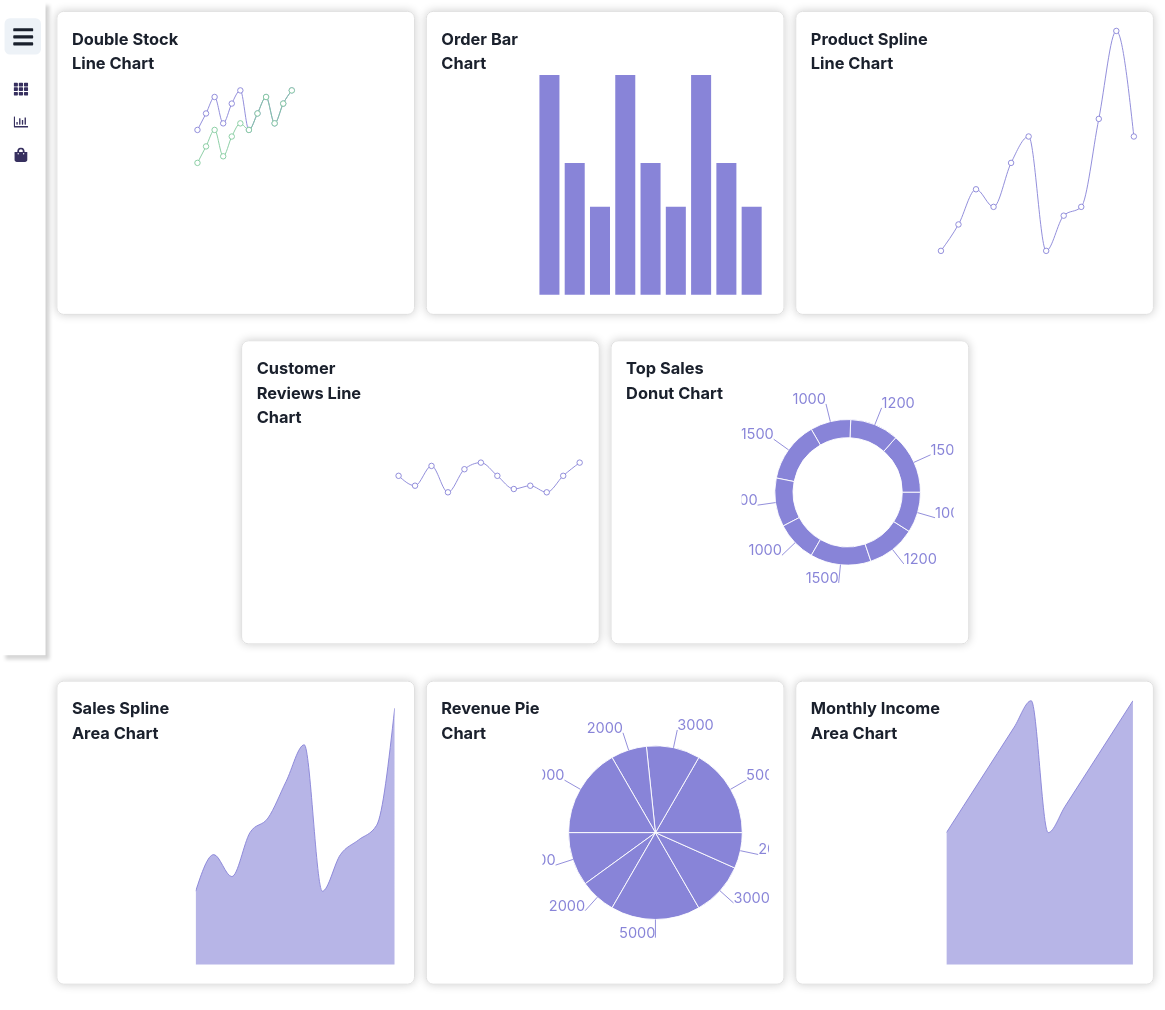
Repository: Andarg01/chakra-dashboard
Page: /analytics
The author's editor kept a copy of each file at every save. The page is drawn from the files as they stood at one save, then again after the next save.
The browser window is 1280 px wide. The pictures show the whole page, at 91% of full size.
The project was rebuilt for these pictures with package versions that can differ from the ones it lists, and the page was loaded fresh each time. Also part of the build but not shown: src/components/ProductModal.tsx, src/components/ProductTable.tsx, src/pages/ProductList.tsx, src/components/Dashboard.tsx.

Above is the page before, as saved 2024-03-09 23:29:36.

### src/index.tsx
import React from 'react';
import ReactDOM from 'react-dom/client';
import './index.css';
import App from './App';

import { ChakraProvider } from '@chakra-ui/react';


const root = ReactDOM.createRoot(
  document.getElementById('root') as HTMLElement
);
root.render(

  <React.StrictMode>
  <ChakraProvider>
    <App />
    </ChakraProvider>
  </React.StrictMode>

);

### src/App.tsx
import React from 'react'
import ProductList from './pages/ProductList'
import Dashboard from './components/Dashboard'
import Sidebar from './components/Sidebar';
import Analytics from './pages/Analytics';
import { BrowserRouter, Route, Routes } from 'react-router-dom';
const App = () => {
  return (
    <div>
    <BrowserRouter>
    <Sidebar>
      <Routes>
      <Route path="/" element={<Dashboard />}/>
      <Route path="/dashboard" element={<Dashboard />}/>
      <Route path="/analytics" element={<Analytics  />} />
      <Route path="/product" element={<ProductList />}/>

      </Routes>
    </Sidebar>
  </BrowserRouter>
    </div>
  )
}

export default App





















// import React from 'react';
// import { BrowserRouter, Route, Routes } from 'react-router-dom';
// import Sidebar from './components/Sidebar';

// import Dashboard from './pages/Dashboard'

// import Analytics from './pages/AnalyticsPage'

// import ProductList from './ProductList';
// import './App.css';


// // import { ChakraProvider } from '@chakra-ui/react';

// type SaleData = {
//   date: string;
//   amount: number;
// };

// type RevenueData = {
//   month: string;
//   revenue: number;
// };

// const App: React.FC = () => {
//   const saleData: SaleData[] = [
//     { date: '2022-01-01', amount: 100 },
//     { date: '2022-01-02', amount: 150 },
//     { date: '2022-01-03', amount: 200 },
//     { date: '2022-01-04', amount: 120 },
//     { date: '2022-01-05', amount: 180 },
//     { date: '2022-01-06', amount: 90 },
//     { date: '2022-01-07', amount: 110 },
//     { date: '2022-01-08', amount: 130 },
//     { date: '2022-01-09', amount: 170 },
//     { date: '2022-01-10', amount: 160 },
//   ];

//   const revenueData: RevenueData[] = [
//     { month: 'January', revenue: 500 },
//     { month: 'February', revenue: 700 },
//     { month: 'March', revenue: 600 },
//     { month: 'April', revenue: 800 },
//     { month: 'May', revenue: 900 },
//     { month: 'June', revenue: 750 },
//     { month: 'July', revenue: 850 },
//     { month: 'August', revenue: 950 },
//     { month: 'September', revenue: 700 },
//     { month: 'October', revenue: 850 },
//   ];

//   return (
//     // <ChakraProvider>
//       <div>
//         <BrowserRouter>
//           <Sidebar>
//             <Routes>
//               <Route path="/" element={<Dashboard saleData={saleData} revenueData={revenueData} />} />
//               <Route path="/dashboard" element={<Dashboard saleData={saleData} revenueData={revenueData} />} />

//               <Route path="/analytics" element={<Analytics />} />
//               <Route path="/product" element={<ProductList />} />

//             </Routes>
//           </Sidebar>
//         </BrowserRouter>
//       </div>
//     {/* </ChakraProvider> */}
//   );
// };

// export default App;

### src/components/Sidebar.tsx




import React, { useState } from 'react';
import {
  FaTh,
  FaBars,
  FaShoppingBag,
  FaRegChartBar,
} from 'react-icons/fa';

import { NavLink } from 'react-router-dom';
import { Box, IconButton, Text, Flex } from '@chakra-ui/react';

interface MenuItem {
  path: string;
  name: string;
  icon: JSX.Element;
}

const Sidebar: React.FC<React.PropsWithChildren<{}>> = ({ children }) => {
  const [isOpen, setIsOpen] = useState(false);

  const toggle = () => setIsOpen(!isOpen);

  const menuItems: MenuItem[] = [
    {
      path: '/',
      name: 'Dashboard',
      icon: <FaTh />,
    },
    {
      path: '/analytics',
      name: 'Analytics',
      icon: <FaRegChartBar />,
  },
    {
      path: '/product',
      name: 'Product',
      icon: <FaShoppingBag />,
    },
  ];

  return (
    <Flex>
      <Box
        width={isOpen ? '200px' : '50px'}
        bg="#fff"
        boxShadow="5px 5px 4px rgb(212, 212, 212)"
        color="#000"
        height="100vh"
        transition="all 0.5s"
        overflowX="hidden"
      >
        <Flex
          className="top_section"
          direction="column"
          align="center"
          justify="center"
          p="20px 15px"
        >
          <Text fontSize={isOpen ? '30px' : '0'} className="logo">
            Logo
          </Text>
          <IconButton
            marginLeft={isOpen ? '50px' : '0px'}
            className="bars"
            fontSize="25px"
            aria-label="Toggle Sidebar"
            icon={<FaBars />}
            onClick={toggle}
          />
        </Flex>
        {menuItems.map((item, index) => (
          <NavLink to={item.path} key={index} className="link">
            <Flex
              p="10px 15px"
              color="#37305F"
              _hover={{ bgColor: '#37305F', color: '#fff', margin: '10px', borderRadius: '10px' }}
              _active={{ bgColor: '#37305F', color: '#fff', margin: '10px', borderRadius: '10px' }}
            >
              <Box className="icon" marginRight="3">
                {item.icon}
              </Box>
              <Text
                display={isOpen ? 'block' : 'none'}
                className="link_text text-sm"
                marginLeft="3"
              >
                {item.name}
              </Text>
            </Flex>
          </NavLink>
        ))}
      </Box>
      <Box flex="1">{children}</Box>
    </Flex>
  );
};

export default Sidebar;

### src/pages/Analytics.tsx

import React, { useState } from 'react';
import {
  Box,
  Flex,
  Text,
  ThemeProvider,
  extendTheme,
} from '@chakra-ui/react';
import {
  LineChart,
  Line,
  AreaChart,
  Area,
  BarChart,
  Bar,
  PieChart,
  Pie,
  Tooltip,
  ResponsiveContainer,
} from 'recharts';

// Extend Chakra UI theme for custom styles
const theme = extendTheme({
  shadows: {
    xl: '0 0 10px rgba(0, 0, 0, 0.2)',
  },
});

interface DataPoint {
  name: string;
  value: number;
}

interface ChartCardProps {
  title: string;
  chart: React.ReactNode;
}

const ChartCard: React.FC<ChartCardProps> = ({ title, chart }) => (
  // <Box
  //   boxShadow="xl"
  //   p={4}
  //   borderRadius="lg"
  //   border="1px solid #ddd"
  //   mb={4}
  //   width={['100%', 'calc(33.33% - 8px)']}
  //   display="inline-flex"
  // >
  //   <Text fontSize={['md', 'lg']} fontWeight="bold">
  //     {title}
  //   </Text>
  //   {chart}
  // </Box>
  <Box
    boxShadow="xl"
    p={4}
    borderRadius="lg"
    border="1px solid #ddd"
    mb={4}
    flexBasis={['100%', 'calc(33.33% - 8px)']}
    display="inline-flex"
  >
    <Text fontSize={['md', 'lg']} fontWeight="bold">
      {title}
    </Text>
    {chart}
  </Box>
);

const SalesSplineAreaChart: React.FC = () => {
  const salesData: DataPoint[] = [
    { name: 'Jan', value: 1000 },
    { name: 'Feb', value: 1500 },
    { name: 'Mar', value: 1200 },
    { name: 'Apr', value: 1800 },
    { name: 'May', value: 2000 },
    { name: 'Jun', value: 2500 },
    {name:  'junl', value:3000},
    {name: 'agu' , value:1000},
    {name: 'sep', value: 1500},
    {name:'oct' , value:1700},
    {name: 'nove' , value: 1900},
    {name: 'dec', value: 3500},


  ];

  return (
    <ChartCard
      title="Sales Spline Area Chart"
      chart={
        <ResponsiveContainer width="100%" height={300}>
          <AreaChart data={salesData}>
            <Area type="monotone" dataKey="value" stroke="#8884d8" fill="#8884d8" />
            <Tooltip />
          </AreaChart>
        </ResponsiveContainer>
      }
    />
  );
};

const ProductSplineLineChart: React.FC = () => {
  const productData: DataPoint[] = [
    { name: 'Jan', value: 500 },
    { name: 'Feb', value: 800 },
    { name: 'Mar', value: 1200 },
    { name: 'Apr', value: 1000 },
    { name: 'May', value: 1500 },
    { name: 'Jun', value: 1800 },
    { name: 'Jula', value: 500 },
    { name: 'agu', value: 900 },
    { name: 'sep', value: 1000 },
    { name: 'nov', value: 2000 },
    { name: 'oct', value: 3000 },
    { name: 'dec', value: 1800 },
  ];

  return (
    <ChartCard
      title="Product Spline Line Chart"
      chart={
        <ResponsiveContainer width="100%" height={300}>
          <LineChart data={productData}>
            <Line type="monotone" dataKey="value" stroke="#8884d8" />
            <Tooltip />
          </LineChart>
        </ResponsiveContainer>
      }
    />
  );
};

const CustomerReviewsLineChart: React.FC = () => {
  const reviewsData: DataPoint[] = [
    { name: 'Jan', value: 4.5 },
    { name: 'Feb', value: 4.2 },
    { name: 'Mar', value: 4.8 },
    { name: 'Apr', value: 4.0 },
    { name: 'May', value: 4.7 },
    { name: 'Jun', value: 4.9 },
    { name: 'Jula', value: 4.5 },
    { name: 'agu', value: 4.1 },
    { name: 'sep', value: 4.2 },
    { name: 'nov', value: 4.0 },
    { name: 'oct', value: 4.5 },
    { name: 'dec', value: 4.9 },


  ];

  return (
    <ChartCard
      title="Customer Reviews Line Chart"
      chart={
        <ResponsiveContainer width="100%" height={300}>
          <LineChart data={reviewsData}>
            <Line type="monotone" dataKey="value" stroke="#8884d8" />
            <Tooltip />
          </LineChart>
        </ResponsiveContainer>
      }
    />
  );
};

const RevenuePieChart: React.FC = () => {
  const revenueData: DataPoint[] = [

    { name: 'Product A', value: 5000 },
    { name: 'Product B', value: 3000 },
    { name: 'Product C', value: 2000 },
    { name: 'Product D', value: 5000 },
    { name: 'Product E', value: 3000 },
    { name: 'Product F', value: 2000 },
    { name: 'Product G', value: 5000 },
    { name: 'Product H', value: 3000 },
    { name: 'Product I', value: 2000 },
  ];

  return (
    <ChartCard
      title="Revenue Pie Chart"
      chart={
        <ResponsiveContainer width="100%" height={300}>
          <PieChart>
            <Pie dataKey="value" data={revenueData} fill="#8884d8" label />
            <Tooltip />
          </PieChart>
        </ResponsiveContainer>
      }
    />
  );
};

const OrderBarChart: React.FC = () => {
  const initialOrderData: DataPoint[] = [
    { name: 'Product A', value: 5000 },
    { name: 'Product B', value: 3000 },
    { name: 'Product C', value: 2000 },
    { name: 'Product D', value: 5000 },
    { name: 'Product E', value: 3000 },
    { name: 'Product F', value: 2000 },
    { name: 'Product G', value: 5000 },
    { name: 'Product H', value: 3000 },
    { name: 'Product I', value: 2000 },
  ];

  const [orderData, setOrderData] = useState<DataPoint[]>(initialOrderData);

  const sortByValue = () => {
    const sortedData = [...orderData].sort((a, b) => a.value - b.value);
    setOrderData(sortedData);
  };

  return (
    <ChartCard
      title="Order Bar Chart"
      chart={
        <ResponsiveContainer width="100%" height={300}>
          <BarChart data={orderData}>
            <Bar dataKey="value" fill="#8884d8" />
            <Tooltip />
          </BarChart>
        </ResponsiveContainer>
      }
    />
  );
};

const TopSalesDonutChart: React.FC = () => {
  const topSalesData: DataPoint[] = [
    { name: 'Product A', value: 1500 },
    { name: 'Product B', value: 1200 },
    { name: 'Product C', value: 1000 },
    { name: 'Product D', value: 1500 },
    { name: 'Product E', value: 1200 },
    { name: 'Product F', value: 1000 },
    { name: 'Product G', value: 1500 },
    { name: 'Product H', value: 1200 },
    { name: 'Product I', value: 1000 },
  ];

  return (
    <ChartCard
      title="Top Sales Donut Chart"
      chart={
        <ResponsiveContainer width="100%" height={300}>
          <PieChart>
            <Pie dataKey="value" data={topSalesData} innerRadius={60} outerRadius={80} fill="#8884d8" label />
            <Tooltip />
          </PieChart>
        </ResponsiveContainer>
      }
    />
  );
};

const MonthlyIncomeAreaChart: React.FC = () => {
  const monthlyIncomeData: DataPoint[] = [
    { name: 'Jan', value: 5000 },
    { name: 'Feb', value: 6000 },
    { name: 'Mar', value: 7000 },
    { name: 'Apr', value: 8000 },
    { name: 'May', value: 9000 },
    { name: 'Jun', value: 10000 },
    { name: 'Jula', value: 5000 },
    { name: 'agu', value: 6000 },
    { name: 'sep', value: 7000 },
    { name: 'nov', value: 8000 },
    { name: 'oct', value: 9000 },
    { name: 'dec', value: 10000 },
  ];

  return (
    <ChartCard
      title="Monthly Income Area Chart"
      chart={
        <ResponsiveContainer width="100%" height={300}>
          <AreaChart data={monthlyIncomeData}>
            <Area type="monotone" dataKey="value" stroke="#8884d8" fill="#8884d8" />
            <Tooltip />
          </AreaChart>
        </ResponsiveContainer>
      }
    />
  );
};

const StockLineChart: React.FC = () => {
  const stockData: DataPoint[] = [
    { name: 'Jan', value: 50 },
    { name: 'Feb', value: 55 },
    { name: 'Mar', value: 60 },
    { name: 'Apr', value: 52 },
    { name: 'May', value: 58 },
    { name: 'Jun', value: 62 },
    { name: 'Jula', value: 50 },
    { name: 'agu', value: 55 },
    { name: 'sep', value: 60 },
    { name: 'nov', value: 52 },
    { name: 'oct', value: 58 },
    { name: 'dec', value: 62 },
  ];

  return (
    <ChartCard
      title="Stock Line Chart"
      chart={
        <ResponsiveContainer width="100%" height={300}>
          <LineChart data={stockData}>
            <Line type="monotone" dataKey="value" stroke="#8884d8" />
            <Tooltip />
          </LineChart>
        </ResponsiveContainer>
      }
    />
  );
};

const DoubleStockLineChart: React.FC = () => {
  const stockData1: DataPoint[] = [
    { name: 'Jan', value: 50 },
    { name: 'Feb', value: 55 },
    { name: 'Mar', value: 60 },
    { name: 'Apr', value: 52 },
    { name: 'May', value: 58 },
    { name: 'Jun', value: 62 },
    { name: 'Jula', value: 50 },
    { name: 'agu', value: 55 },
    { name: 'sep', value: 60 },
    { name: 'nov', value: 52 },
    { name: 'oct', value: 58 },
    { name: 'dec', value: 62 },
  ];

  const stockData2: DataPoint[] = [
    { name: 'Jan', value: 40 },
    { name: 'Feb', value: 45 },
    { name: 'Mar', value: 50 },
    { name: 'Apr', value: 42 },
    { name: 'May', value: 48 },
    { name: 'Jun', value: 52 },
    { name: 'Jula', value: 50 },
    { name: 'agu', value: 55 },
    { name: 'sep', value: 60 },
    { name: 'nov', value: 52 },
    { name: 'oct', value: 58 },
    { name: 'dec', value: 62 },
  ];

  return (
    <ChartCard
      title="Double Stock Line Chart"
      chart={
        <ResponsiveContainer width="100%" height={300}>
          <LineChart>
            <Line type="monotone" dataKey="value" data={stockData1} stroke="#8884d8" name="Stock 1" />
            <Line type="monotone" dataKey="value" data={stockData2} stroke="#82ca9d" name="Stock 2" />
            <Tooltip />
          </LineChart>
        </ResponsiveContainer>
      }
    />
  );
};

const AnalyticalPage: React.FC = () => {
  return (
    <ThemeProvider theme={theme}>
      <Flex direction="row" flexWrap="wrap" p={3} justify="center" gap={3}>
        <DoubleStockLineChart />
        <OrderBarChart />
        <ProductSplineLineChart />
        <CustomerReviewsLineChart />
        <TopSalesDonutChart />
      </Flex>
      <Flex direction="row" p={3} flexWrap="wrap" justify="left" gap={3}>
        <SalesSplineAreaChart />
        <RevenuePieChart />
        <MonthlyIncomeAreaChart />
      </Flex>
    </ThemeProvider>
  );
};

export default AnalyticalPage;

Loaded but not shown: public/index.html (common file); src/index.css (common file)

After the next save:
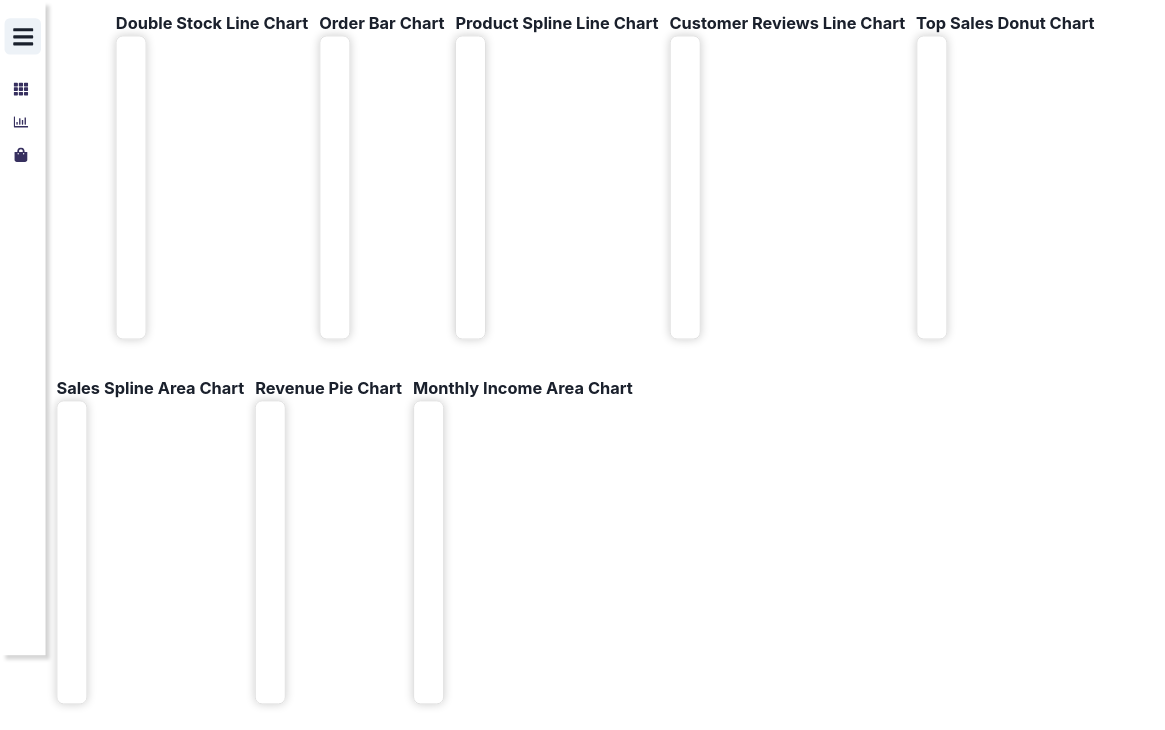
Saved 3 min 2 s later.
--- a/src/pages/Analytics.tsx
+++ b/src/pages/Analytics.tsx
@@ -52,6 +52,12 @@
   //   </Text>
   //   {chart}
   // </Box>
+  <Box>
+  <Box>
+  <Text fontSize={['md', 'lg']} fontWeight="bold">
+      {title}
+    </Text>
+    </Box>
   <Box
     boxShadow="xl"
     p={4}
@@ -61,10 +67,9 @@
     flexBasis={['100%', 'calc(33.33% - 8px)']}
     display="inline-flex"
   >
-    <Text fontSize={['md', 'lg']} fontWeight="bold">
-      {title}
-    </Text>
+
     {chart}
+  </Box>
   </Box>
 );
 

After the save that followed:
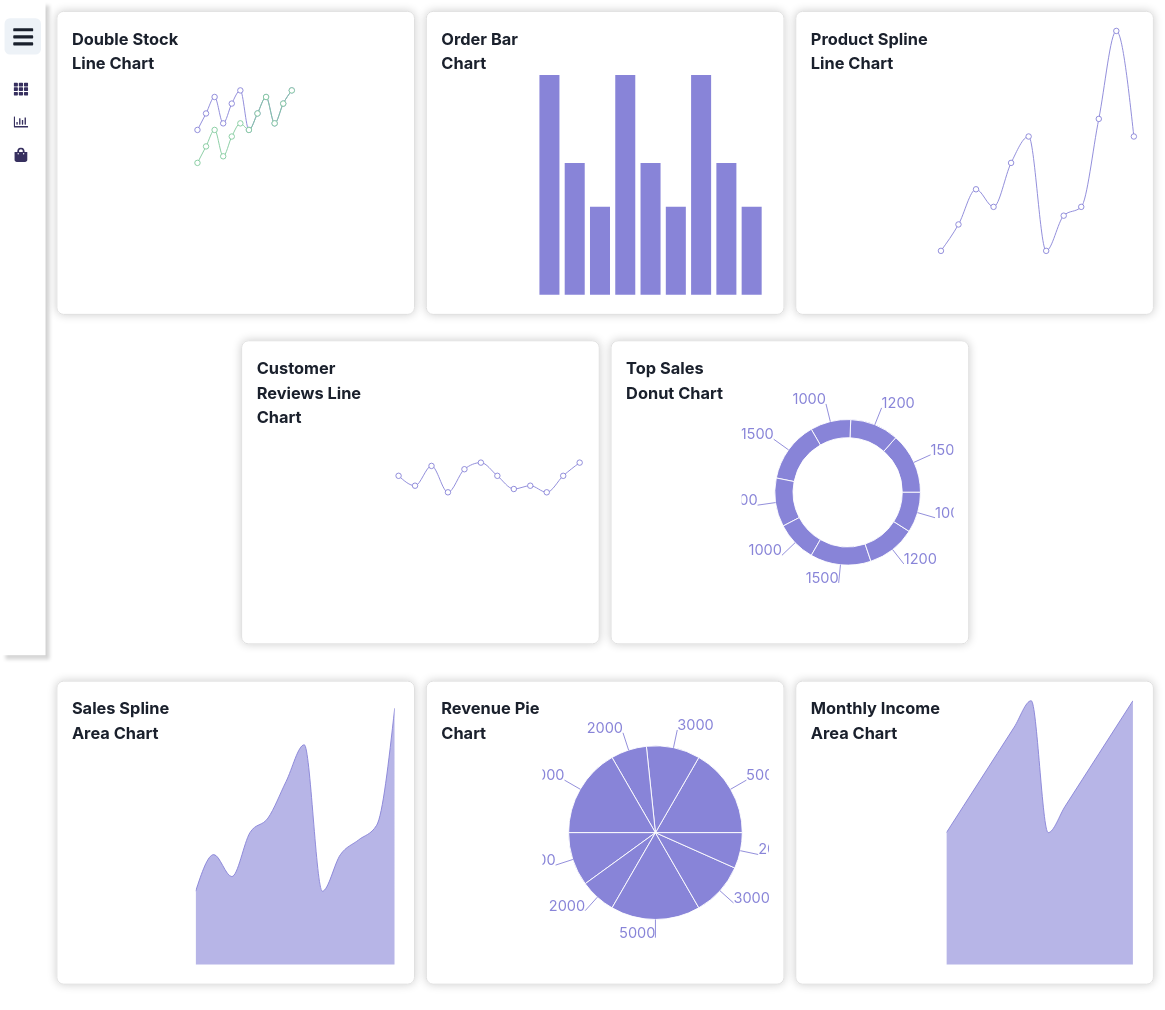
Saved 55 s later.
--- a/src/pages/Analytics.tsx
+++ b/src/pages/Analytics.tsx
@@ -52,12 +52,6 @@
   //   </Text>
   //   {chart}
   // </Box>
-  <Box>
-  <Box>
-  <Text fontSize={['md', 'lg']} fontWeight="bold">
-      {title}
-    </Text>
-    </Box>
   <Box
     boxShadow="xl"
     p={4}
@@ -67,9 +61,10 @@
     flexBasis={['100%', 'calc(33.33% - 8px)']}
     display="inline-flex"
   >
-
+    <Text fontSize={['md', 'lg']} fontWeight="bold">
+      {title}
+    </Text>
     {chart}
-  </Box>
   </Box>
 );
 
